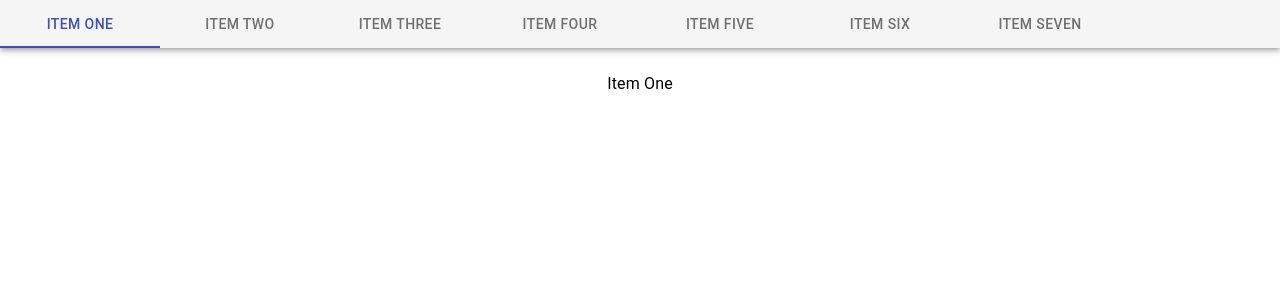
Repository: hossamsulleman1/CONTACTME
Page: / (app in my-app/)
The author's editor kept a copy of each file at every save. The page is drawn from the files as they stood at one save, then again after a run of saves.
The browser window is 1280 px wide. The pictures show the whole page.
The project was rebuilt for these pictures with package versions that can differ from the ones it lists, and the page was loaded fresh each time.

Above is the page before, as saved 2020-11-07 13:35:41.

### my-app/src/App.js
import logo from './logo.svg';
import './App.css';
import IconNav from './Components/IconNav';

function App() {
  return (
    <div className="App">
<IconNav>

</IconNav>
    </div>
  );
}

export default App;

### my-app/src/Components/IconNav.jsx
import React from "react";
import PropTypes from "prop-types";
import { makeStyles } from "@material-ui/core/styles";
import AppBar from "@material-ui/core/AppBar";
import Tabs from "@material-ui/core/Tabs";
import Tab from "@material-ui/core/Tab";
import Typography from "@material-ui/core/Typography";
import Box from "@material-ui/core/Box";

function TabPanel(props) {
  const { children, value, index, ...other } = props;

  return (
    <div
      role="tabpanel"
      hidden={value !== index}
      id={`scrollable-auto-tabpanel-${index}`}
      aria-labelledby={`scrollable-auto-tab-${index}`}
      {...other}
    >
      {value === index && (
        <Box p={3}>
          <Typography>{children}</Typography>
        </Box>
      )}
    </div>
  );
}

TabPanel.propTypes = {
  children: PropTypes.node,
  index: PropTypes.any.isRequired,
  value: PropTypes.any.isRequired,
};

function a11yProps(index) {
  return {
    id: `scrollable-auto-tab-${index}`,
    "aria-controls": `scrollable-auto-tabpanel-${index}`,
  };
}

const useStyles = makeStyles((theme) => ({
  root: {
    flexGrow: 1,
    width: "100%",
    backgroundColor: theme.palette.background.paper,
  },
}));

export default function IconNav() {
  const classes = useStyles();
  const [value, setValue] = React.useState(0);

  const handleChange = (event, newValue) => {
    setValue(newValue);
  };

  return (
    <div className={classes.root}>
      <AppBar position="static" color="default">
        <Tabs
          value={value}
          onChange={handleChange}
          indicatorColor="primary"
          textColor="primary"
          variant="scrollable"
          scrollButtons="auto"
          aria-label="scrollable auto tabs example"
        >
          <Tab icon="" label="Item One" {...a11yProps(0)} />
          <Tab label="Item Two" {...a11yProps(1)} />
          <Tab label="Item Three" {...a11yProps(2)} />
          <Tab label="Item Four" {...a11yProps(3)} />
          <Tab label="Item Five" {...a11yProps(4)} />
          <Tab label="Item Six" {...a11yProps(5)} />
          <Tab label="Item Seven" {...a11yProps(6)} />
        </Tabs>
      </AppBar>
      <TabPanel value={value} index={0}>
        Item One
      </TabPanel>
      <TabPanel value={value} index={1}>
        Item Two
      </TabPanel>
      <TabPanel value={value} index={2}>
        Item Three
      </TabPanel>
      <TabPanel value={value} index={3}>
        Item Four
      </TabPanel>
      <TabPanel value={value} index={4}>
        Item Five
      </TabPanel>
      <TabPanel value={value} index={5}>
        Item Six
      </TabPanel>
      <TabPanel value={value} index={6}>
        Item Seven
      </TabPanel>
    </div>
  );
}

Loaded but not shown: my-app/public/index.html (common file); my-app/src/index.js (common file); my-app/src/index.css (common file); my-app/src/reportWebVitals.js (common file); my-app/src/App.css (common file)

After the next 5 saves:
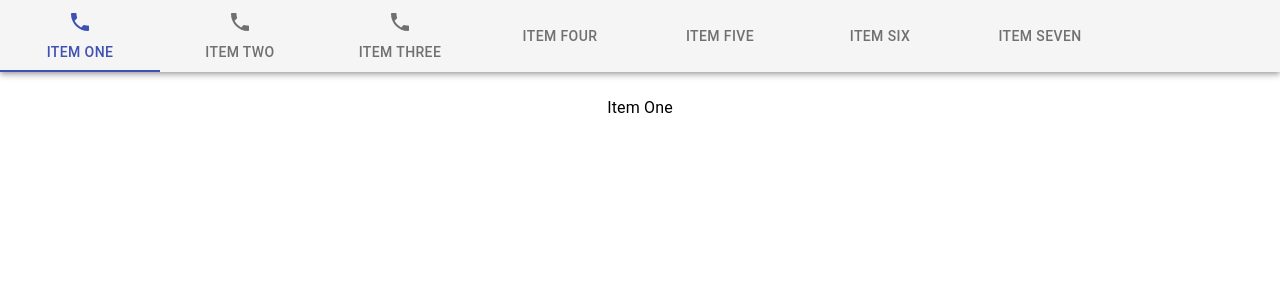
The 5 saves are shown as one change because 2 did not build or start and some came seconds apart.
The last was saved 2 min 3 s later.
--- a/my-app/src/Components/IconNav.jsx
+++ b/my-app/src/Components/IconNav.jsx
@@ -6,6 +6,8 @@ import Tabs from "@material-ui/core/Tabs";
 import Tab from "@material-ui/core/Tab";
 import Typography from "@material-ui/core/Typography";
 import Box from "@material-ui/core/Box";
+import PhoneIcon from '@material-ui/icons/Phone';
+
 
 function TabPanel(props) {
   const { children, value, index, ...other } = props;
@@ -68,9 +70,9 @@ export default function IconNav() {
           scrollButtons="auto"
           aria-label="scrollable auto tabs example"
         >
-          <Tab icon="" label="Item One" {...a11yProps(0)} />
-          <Tab label="Item Two" {...a11yProps(1)} />
-          <Tab label="Item Three" {...a11yProps(2)} />
+          <Tab icon={<PhoneIcon />} label="Item One" {...a11yProps(0)} />
+          <Tab icon={<PhoneIcon />} label="Item Two" {...a11yProps(1)} />
+          <Tab icon={<PhoneIcon />} label="Item Three" {...a11yProps(2)} />
           <Tab label="Item Four" {...a11yProps(3)} />
           <Tab label="Item Five" {...a11yProps(4)} />
           <Tab label="Item Six" {...a11yProps(5)} />
